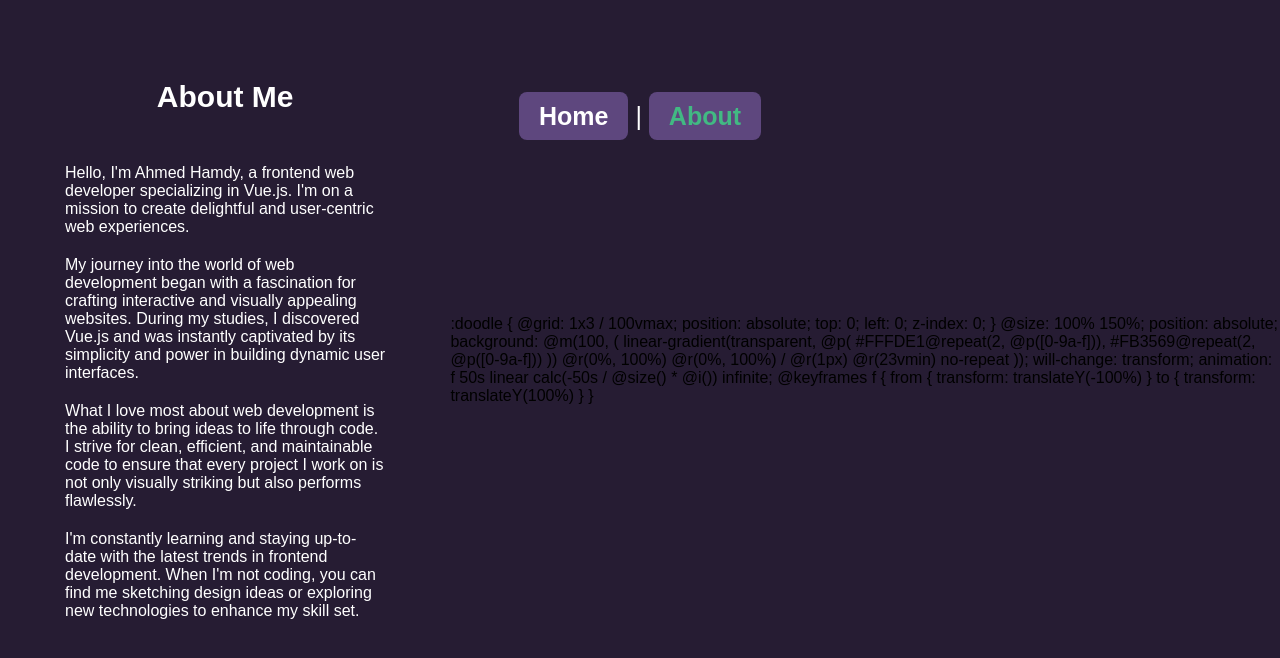
Repository: ahamdy997/portfolio
Page: /about
These files come from the project's save history. The page is drawn as it stood at one moment and after the next save; the edit follows.
The browser window is 1280 px wide. The pictures show the whole page.
The project was rebuilt for these pictures with package versions that can differ from the ones it lists, and the page was loaded fresh each time. Also part of the build but not shown: vue.config.js, src/components/HelloWorld.vue, src/views/HomeView.vue.

Above is the page before, as saved 2023-11-05 00:28:40.

### public/index.html
<!DOCTYPE html>
<html lang="">
  <head>
    <meta charset="utf-8" />
    <meta http-equiv="X-UA-Compatible" content="IE=edge" />
    <meta name="viewport" content="width=device-width,initial-scale=1.0" />
    <link rel="icon" href="<%= BASE_URL %>favicon.ico" />
    <title><%= htmlWebpackPlugin.options.title %></title>
  </head>
  <body>
    <noscript>
      <strong
        >We're sorry but <%= htmlWebpackPlugin.options.title %> doesn't work
        properly without JavaScript enabled. Please enable it to
        continue.</strong
      >
    </noscript>
    <div id="app"></div>
    <!-- built files will be auto injected -->
    <css-doodle>
      :doodle { @grid: 1x3 / 100vmax; position: absolute; top: 0; left: 0;
      z-index: 0; } @size: 100% 150%; position: absolute; background: @m(100, (
      linear-gradient(transparent, @p( #FFFDE1@repeat(2, @p([0-9a-f])),
      #FB3569@repeat(2, @p([0-9a-f])) )) @r(0%, 100%) @r(0%, 100%) / @r(1px)
      @r(23vmin) no-repeat )); will-change: transform; animation: f 50s linear
      calc(-50s / @size() * @i()) infinite; @keyframes f { from { transform:
      translateY(-100%) } to { transform: translateY(100%) } }
    </css-doodle>
    <style>
      * {
        box-sizing: border-box;
        padding: 0;
        margin: 0;
      }
      body {
        font-family: sans-serif;
        height: 100vh;
        margin: 0;
        background: #261c33;
        overflow: hidden;
        display: flex;
        align-items: center;
        justify-content: center;
      }
    </style>

    <script src="https://unpkg.com/css-doodle@0.6.1/css-doodle.min.js"></script>
  </body>
</html>

### src/App.vue
<template>
  <header>
    <nav>
      <router-link to="/">Home</router-link> |
      <router-link to="/about">About</router-link>
    </nav>
  </header>
  <router-view />
</template>

<style>
#app {
  text-align: center;
  z-index: 1;
  color: white;
}
header {
  font-size: 25px;
  position: fixed;
  top: 10%;
  left: 0%;
  width: 100%;
}
nav {
  padding: 30px;
  text-align: center;
}

nav a {
  font-weight: bold;
  color: #fff;
  text-decoration: none;
  border-radius: 8px;
  background-color: #8968b892;
  padding: 10px 20px;
}
a:hover {
  color: #cbb8e3;
}

nav a.router-link-exact-active {
  color: #42b983;
}
</style>

### src/views/AboutView.vue
<template>
  <div class="about">
    <h2>About Me</h2>
    <p>
      Hello, I'm Ahmed Hamdy, a frontend web developer specializing in Vue.js.
      I'm on a mission to create delightful and user-centric web experiences.
    </p>
    <p>
      My journey into the world of web development began with a fascination for
      crafting interactive and visually appealing websites. During my studies, I
      discovered Vue.js and was instantly captivated by its simplicity and power
      in building dynamic user interfaces.
    </p>
    <p>
      What I love most about web development is the ability to bring ideas to
      life through code. I strive for clean, efficient, and maintainable code to
      ensure that every project I work on is not only visually striking but also
      performs flawlessly.
    </p>
    <p>
      I'm constantly learning and staying up-to-date with the latest trends in
      frontend development. When I'm not coding, you can find me sketching
      design ideas or exploring new technologies to enhance my skill set.
    </p>
  </div>
</template>
<style scoped>
p {
  margin: 20px;
}
.about h2 {
  text-align: center;
  margin-bottom: 50px;
  font-size: 30px;
}
.about {
  width: 80%;
  margin: auto;
  text-align: start;
}
</style>

Loaded but not shown: src/main.js (common file); src/router/index.js (common file)

After the next save:
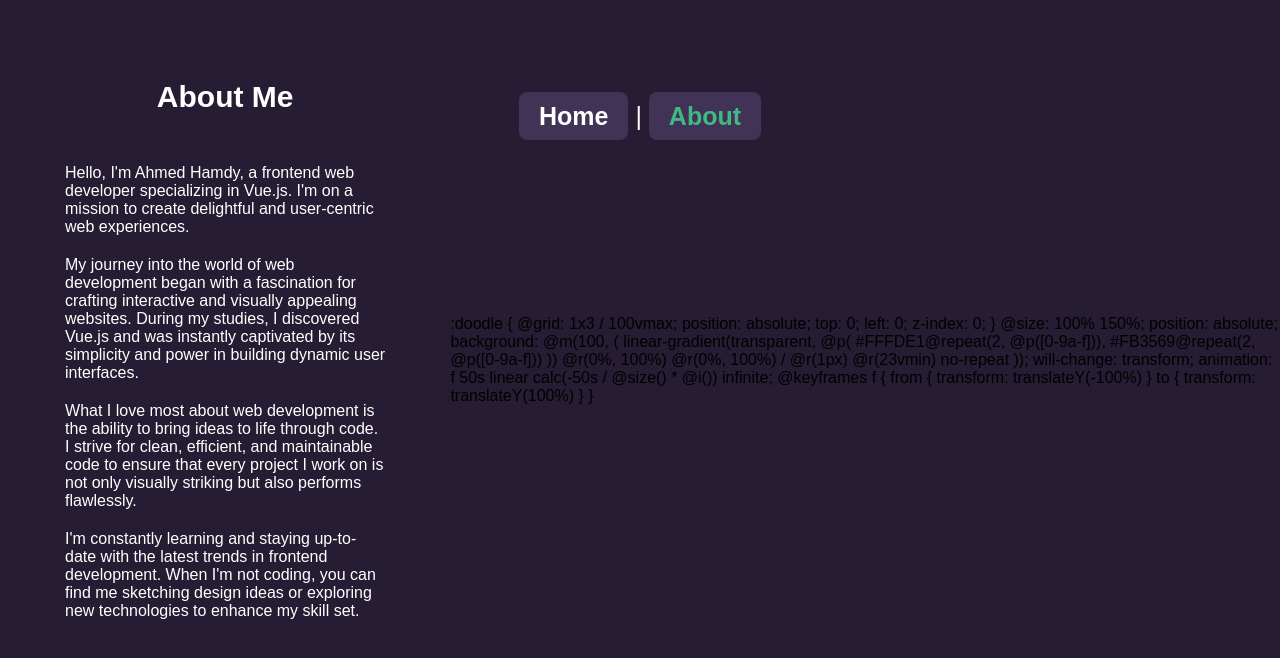
Saved 4 s later.
--- a/src/App.vue
+++ b/src/App.vue
@@ -31,7 +31,7 @@ nav a {
   color: #fff;
   text-decoration: none;
   border-radius: 8px;
-  background-color: #8968b892;
+  background-color: #56447092;
   padding: 10px 20px;
 }
 a:hover {
